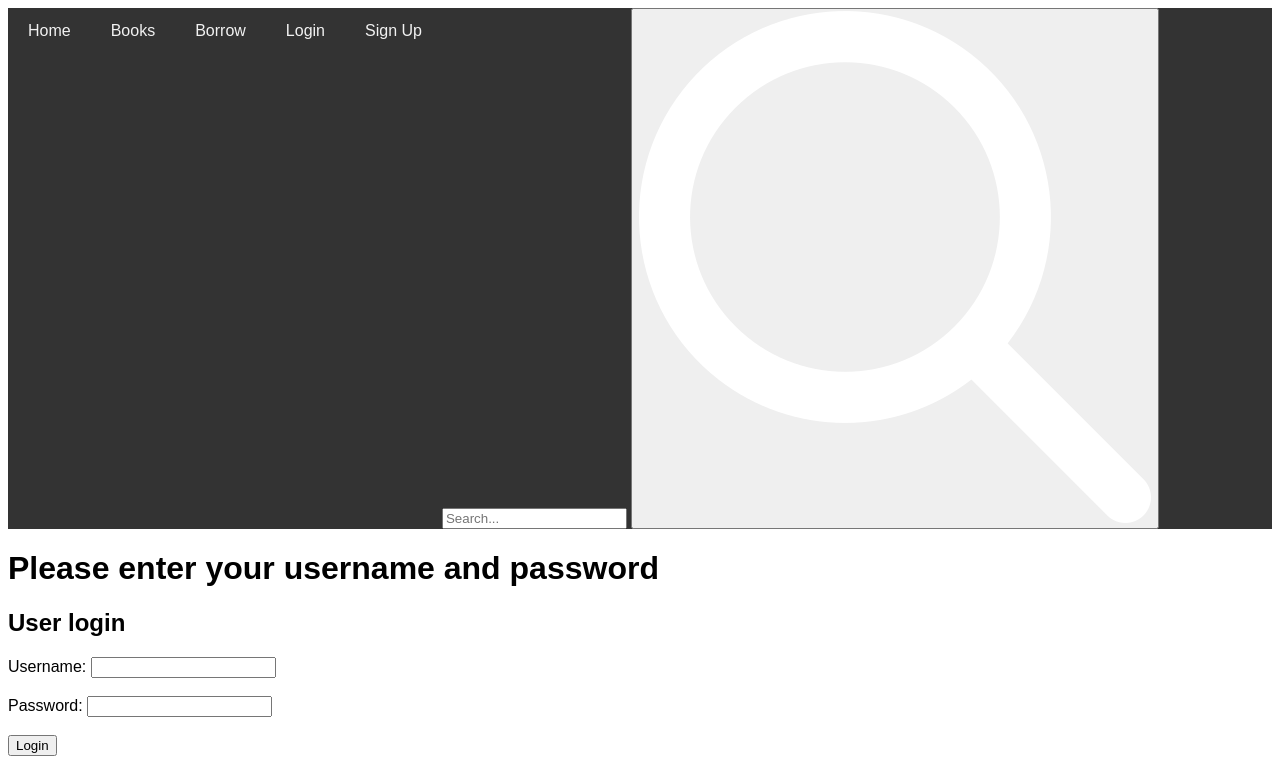
Repository: fadyesk12/Web-Technology-Course-Project
Page: auth/login.html
These files come from the project's save history. The page is drawn as it stood at one moment and after a run of saves; the edit follows.
The browser window is 1280 px wide. The pictures show the whole page.

Above is the page before, as saved 2024-04-19 02:45:02.

After the next 3 saves:
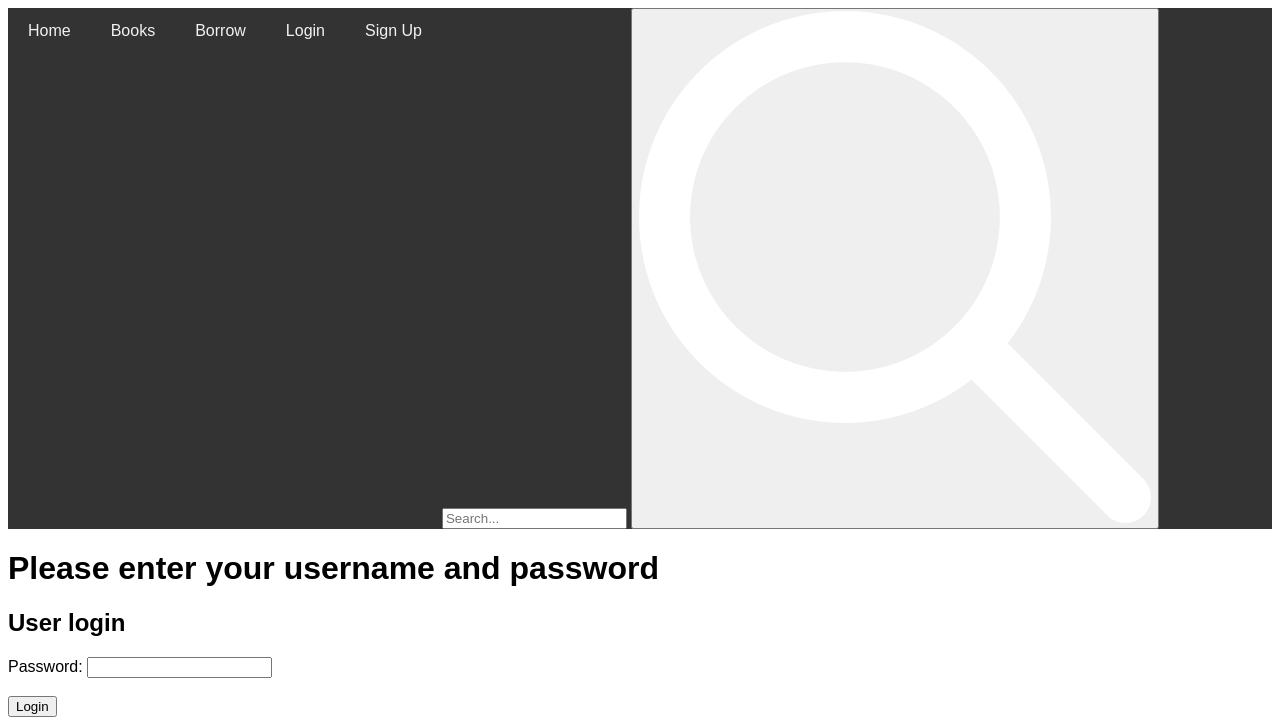
The 3 saves are shown as one change because they came seconds apart.
The last was saved 15 s later.
--- a/auth/login.html
+++ b/auth/login.html
@@ -44,8 +44,9 @@
             <h2>User login</h2>
 
           <form>
-            <label for="username">Username:</label>
-            <input type="text" id = "username" name = "username" required> <br><br>
+            <div>
+
+            </div>
             <label for="password">Password:</label>
             <input type="password" id = "password" name = "password" required> <br><br>
 
